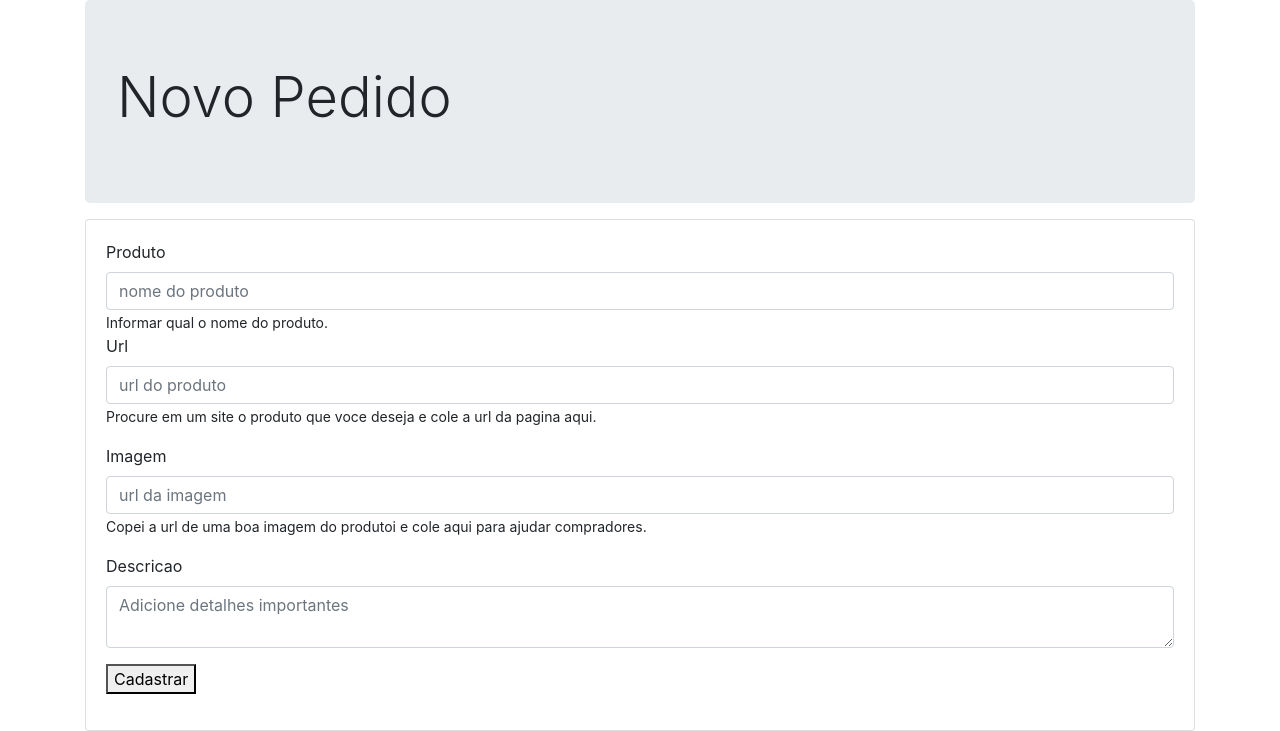
Repository: PedroKarasudani/Spring_MVC
Page: http://localhost/pedido/formulario
These files come from the project's save history. The page is drawn as it stood at one moment and after the next save; the edit follows.
The browser window is 1280 px wide. The pictures show the whole page.
The page is this project's Thymeleaf template; nobody is signed in. The template is opened directly, without the code that normally fills it, so the values that code supplies are empty.

Above is the page before, as saved 2023-10-25 00:40:26.

After the next save:
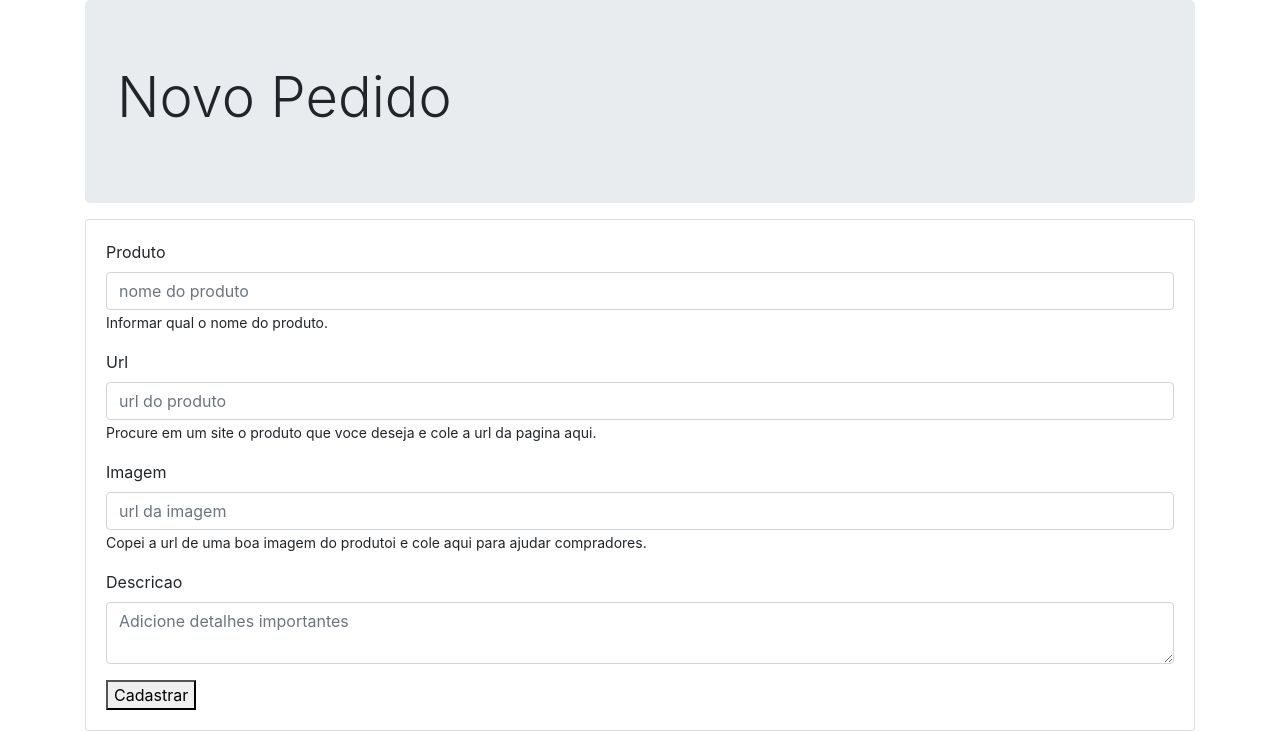
Saved 34 s later.
--- a/mudi/src/main/resources/templates/pedido/formulario.html
+++ b/mudi/src/main/resources/templates/pedido/formulario.html
@@ -19,7 +19,7 @@
 					<label for="nomeProduto">Produto</label>
 					<input class="form-control" name="nomeProduto" placeholder="nome do produto"/>
 					<small>Informar qual o nome do produto.</small>
-				</divclass="form-group">
+				</div>
 				<div class="form-group">
 					<label for="urlProduto">Url</label>
 					<input class="form-control" name="urlProduto" placeholder="url do produto"/>
